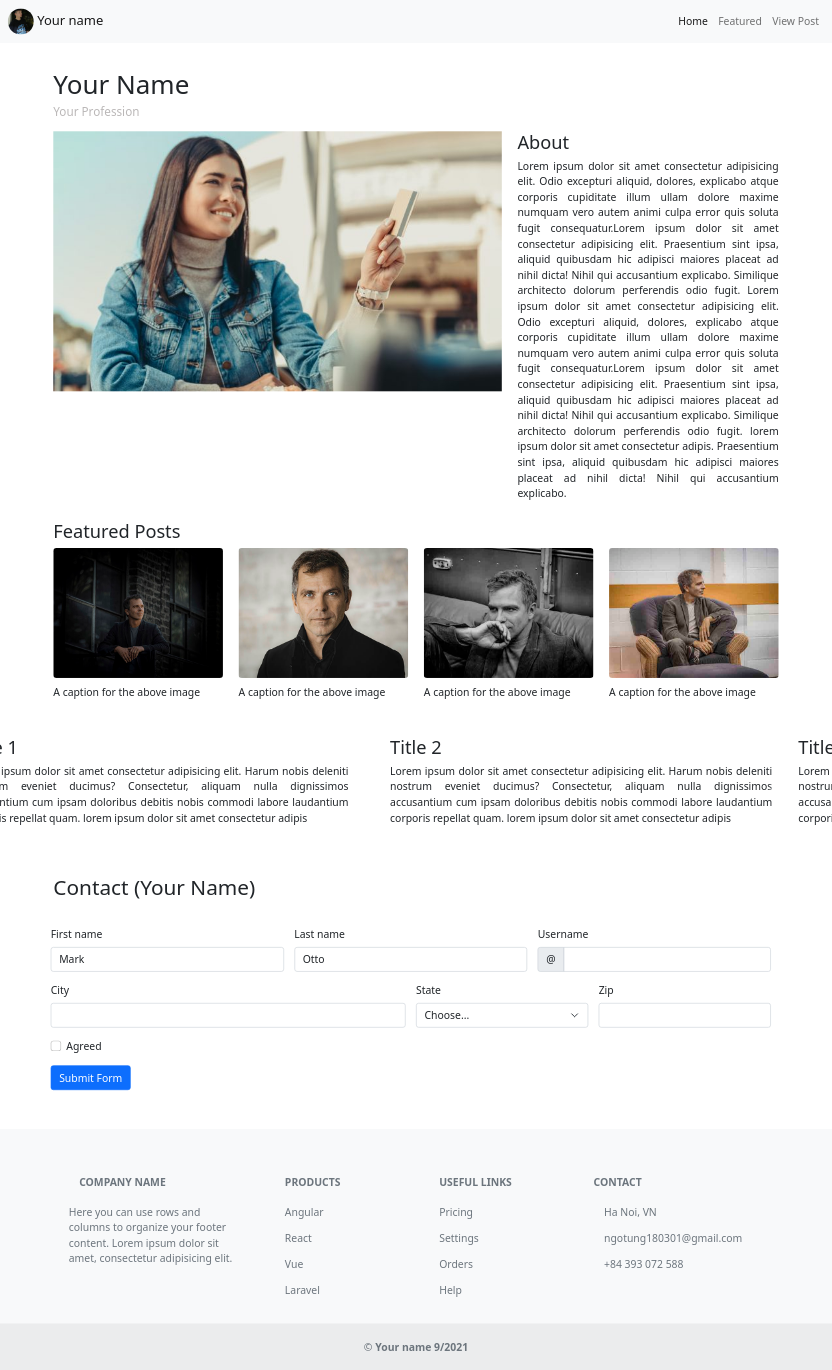
Repository: nvt01/72_1951061106_NgoVanTung
Page: BaiTh1/index.html
These files come from the project's save history. The page is drawn as it stood at one moment and after the next save; the edit follows.
The browser window is 1280 px wide. The pictures show the whole page, at 65% of full size.

Above is the page before, as saved 2021-12-01 10:53:39.

After the next save:
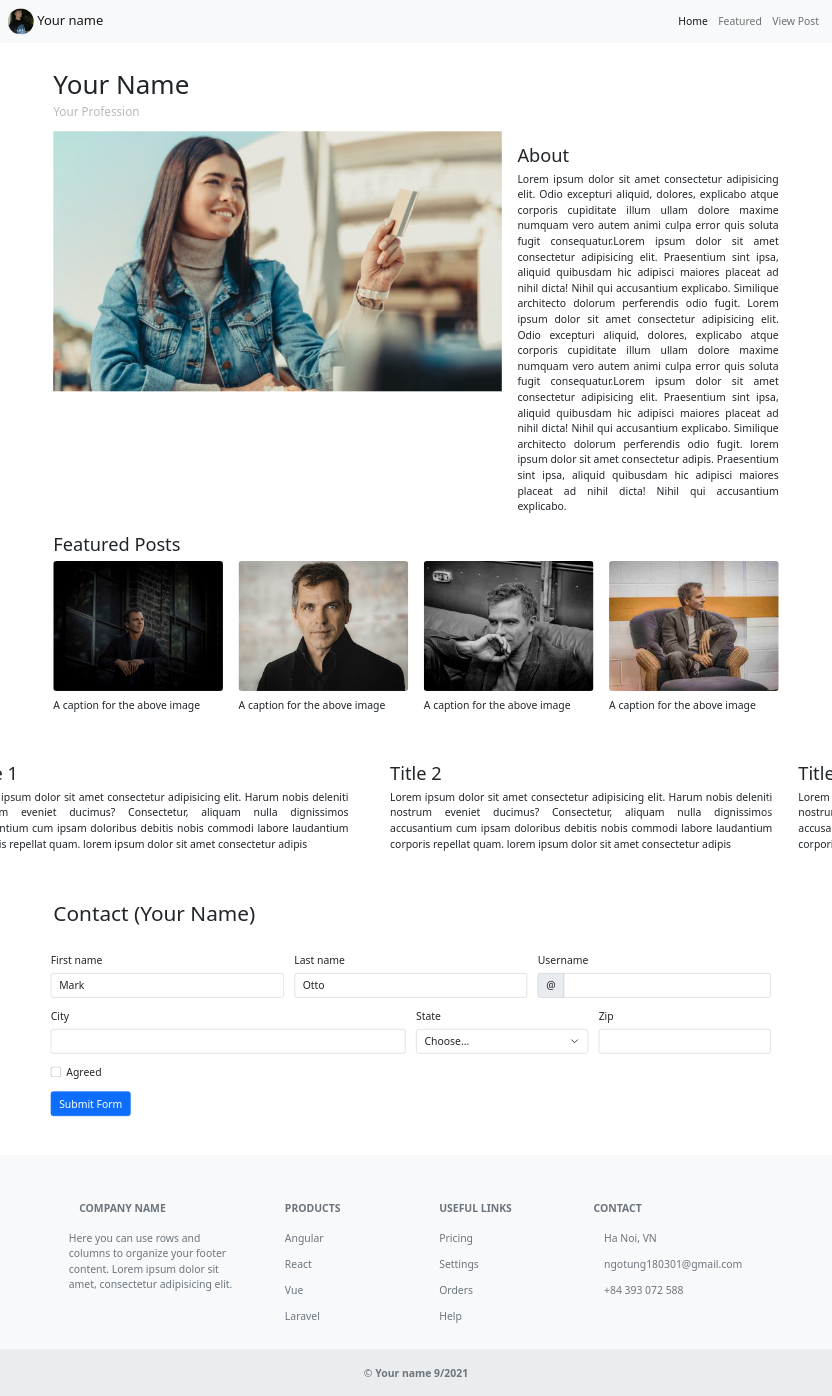
Saved 6 s later.
--- a/BaiTh1/style.css
+++ b/BaiTh1/style.css
@@ -75,7 +75,7 @@
         height: 200px;
     }
     .content h3{
-        padding: ;
+        padding-top: 20px;
     }
 }
 
